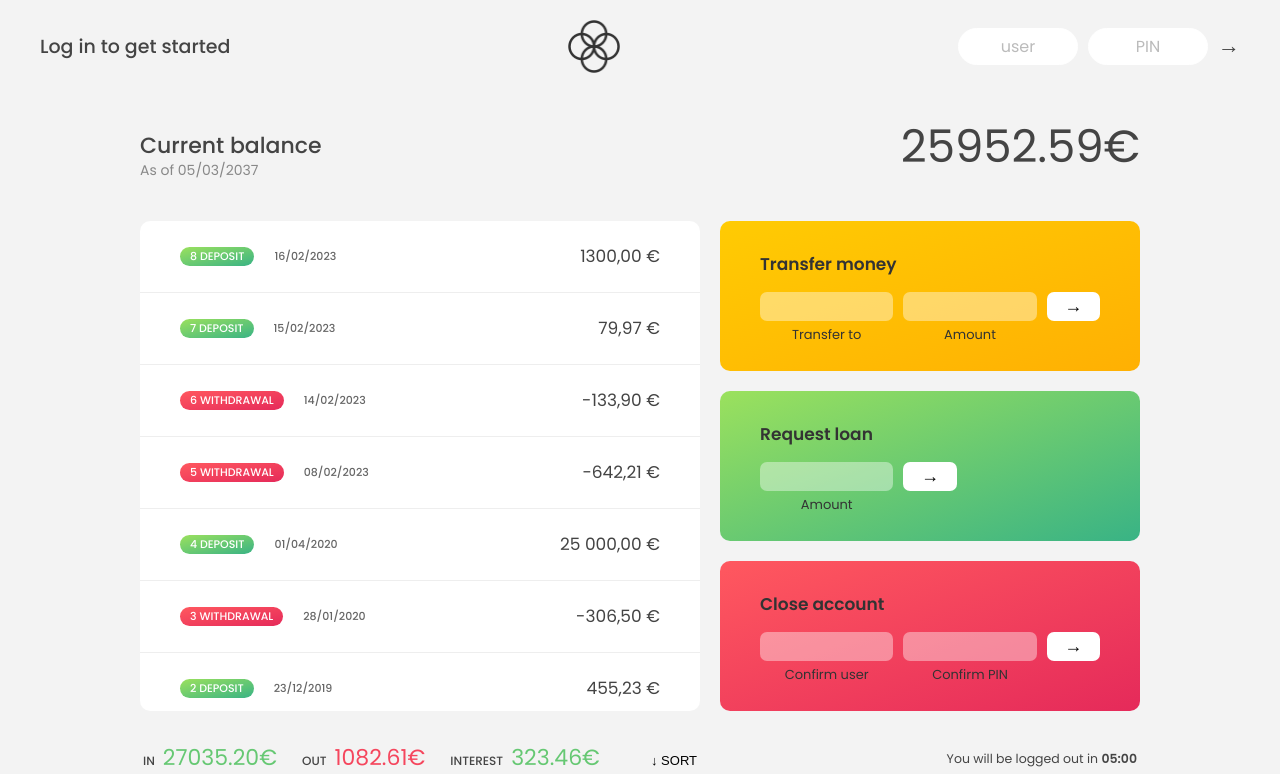
Repository: otvertka/jsc_12
Page: index.html
The author's editor kept a copy of each file at every save. The page is drawn from the files as they stood at one save, then again after the next save.
The browser window is 1280 px wide. The pictures show the whole page.
An inner scrolling area shows only its first screen.

Above is the page before, as saved 2023-02-17 14:28:41.

### index.html
<!DOCTYPE html>
<html lang="en">
  <head>
    <meta charset="UTF-8" />
    <meta name="viewport" content="width=device-width, initial-scale=1.0" />
    <meta http-equiv="X-UA-Compatible" content="ie=edge" />
    <link rel="shortcut icon" type="image/png" href="/icon.png" />

    <link
      href="https://fonts.googleapis.com/css?family=Poppins:400,500,600&display=swap"
      rel="stylesheet"
    />

    <link rel="stylesheet" href="style.css" />
    <title>Bankist</title>
  </head>
  <body>
    <!-- TOP NAVIGATION -->
    <nav>
      <p class="welcome">Log in to get started</p>
      <img src="logo.png" alt="Logo" class="logo" />
      <form class="login">
        <input
          type="text"
          placeholder="user"
          class="login__input login__input--user"
        />
        <!-- In practice, use type="password" -->
        <input
          type="text"
          placeholder="PIN"
          maxlength="4"
          class="login__input login__input--pin"
        />
        <button class="login__btn">&rarr;</button>
      </form>
    </nav>

    <main class="app">
      <!-- BALANCE -->
      <div class="balance">
        <div>
          <p class="balance__label">Current balance</p>
          <p class="balance__date">
            As of <span class="date">05/03/2037</span>
          </p>
        </div>
        <p class="balance__value">0000€</p>
      </div>

      <!-- MOVEMENTS -->
      <div class="movements">
        <div class="movements__row">
          <div class="movements__type movements__type--deposit">2 deposit</div>
          <div class="movements__date">3 days ago</div>
          <div class="movements__value">4 000€</div>
        </div>
        <div class="movements__row">
          <div class="movements__type movements__type--withdrawal">
            1 withdrawal
          </div>
          <div class="movements__date">24/01/2037</div>
          <div class="movements__value">-378€</div>
        </div>
      </div>

      <!-- SUMMARY -->
      <div class="summary">
        <p class="summary__label">In</p>
        <p class="summary__value summary__value--in">0000€</p>
        <p class="summary__label">Out</p>
        <p class="summary__value summary__value--out">0000€</p>
        <p class="summary__label">Interest</p>
        <p class="summary__value summary__value--interest">0000€</p>
        <button class="btn--sort">&downarrow; SORT</button>
      </div>

      <!-- OPERATION: TRANSFERS -->
      <div class="operation operation--transfer">
        <h2>Transfer money</h2>
        <form class="form form--transfer">
          <input type="text" class="form__input form__input--to" />
          <input type="number" class="form__input form__input--amount" />
          <button class="form__btn form__btn--transfer">&rarr;</button>
          <label class="form__label">Transfer to</label>
          <label class="form__label">Amount</label>
        </form>
      </div>

      <!-- OPERATION: LOAN -->
      <div class="operation operation--loan">
        <h2>Request loan</h2>
        <form class="form form--loan">
          <input type="number" class="form__input form__input--loan-amount" />
          <button class="form__btn form__btn--loan">&rarr;</button>
          <label class="form__label form__label--loan">Amount</label>
        </form>
      </div>

      <!-- OPERATION: CLOSE -->
      <div class="operation operation--close">
        <h2>Close account</h2>
        <form class="form form--close">
          <input type="text" class="form__input form__input--user" />
          <input
            type="password"
            maxlength="6"
            class="form__input form__input--pin"
          />
          <button class="form__btn form__btn--close">&rarr;</button>
          <label class="form__label">Confirm user</label>
          <label class="form__label">Confirm PIN</label>
        </form>
      </div>

      <!-- LOGOUT TIMER -->
      <p class="logout-timer">
        You will be logged out in <span class="timer">05:00</span>
      </p>
    </main>

    <!-- <footer>
      &copy; by Jonas Schmedtmann. Don't claim as your own :)
    </footer> -->

    <script src="script.js"></script>
  </body>
</html>

### script.js
'use strict';

/////////////////////////////////////////////////
/////////////////////////////////////////////////
// BANKIST APP

/////////////////////////////////////////////////
// Data

// DIFFERENT DATA! Contains movement dates, currency and locale

const account1 = {
  owner: 'Jonas Schmedtmann',
  movements: [200, 455.23, -306.5, 25000, -642.21, -133.9, 79.97, 1300],
  interestRate: 1.2, // %
  pin: 1111,

  movementsDates: [
    '2019-11-18T21:31:17.178Z',
    '2019-12-23T07:42:02.383Z',
    '2020-01-28T09:15:04.904Z',
    '2020-04-01T10:17:24.185Z',
    '2023-02-08T14:11:59.604Z',
    '2023-02-14T17:01:17.194Z',
    '2023-02-15T23:36:17.929Z',
    '2023-02-16T10:51:36.790Z',
  ],
  currency: 'EUR',
  locale: 'pt-PT', // de-DE
};

const account2 = {
  owner: 'Jessica Davis',
  movements: [5000, 3400, -150, -790, -3210, -1000, 8500, -30],
  interestRate: 1.5,
  pin: 2222,

  movementsDates: [
    '2019-11-01T13:15:33.035Z',
    '2019-11-30T09:48:16.867Z',
    '2019-12-25T06:04:23.907Z',
    '2020-01-25T14:18:46.235Z',
    '2020-02-05T16:33:06.386Z',
    '2020-04-10T14:43:26.374Z',
    '2020-06-25T18:49:59.371Z',
    '2020-07-26T12:01:20.894Z',
  ],
  currency: 'USD',
  locale: 'en-US',
};

const accounts = [account1, account2];

/////////////////////////////////////////////////
// Elements
const labelWelcome = document.querySelector('.welcome');
const labelDate = document.querySelector('.date');
const labelBalance = document.querySelector('.balance__value');
const labelSumIn = document.querySelector('.summary__value--in');
const labelSumOut = document.querySelector('.summary__value--out');
const labelSumInterest = document.querySelector('.summary__value--interest');
const labelTimer = document.querySelector('.timer');

const containerApp = document.querySelector('.app');
const containerMovements = document.querySelector('.movements');

const btnLogin = document.querySelector('.login__btn');
const btnTransfer = document.querySelector('.form__btn--transfer');
const btnLoan = document.querySelector('.form__btn--loan');
const btnClose = document.querySelector('.form__btn--close');
const btnSort = document.querySelector('.btn--sort');

const inputLoginUsername = document.querySelector('.login__input--user');
const inputLoginPin = document.querySelector('.login__input--pin');
const inputTransferTo = document.querySelector('.form__input--to');
const inputTransferAmount = document.querySelector('.form__input--amount');
const inputLoanAmount = document.querySelector('.form__input--loan-amount');
const inputCloseUsername = document.querySelector('.form__input--user');
const inputClosePin = document.querySelector('.form__input--pin');

/////////////////////////////////////////////////
// Functions
const formatMovementDate = function (date, locale) {
  const calcDaysPassed = (date1, date2) =>
    Math.round(Math.abs(date2 - date1) / (1000 * 60 * 60 * 24));

  const daysPassed = calcDaysPassed(new Date(), date);
  console.log(daysPassed);

  if (daysPassed === 0) return 'Today';
  if (daysPassed === 1) return 'Yesterday';
  if (daysPassed <= 7) return `${daysPassed} days ago`;

  // const now = new Date();
  // const day = `${date.getDate()}`.padStart(2, 0); // дата начинается с 01 (2 - колич. цифр, 0 - начало отсчёта)
  // const month = `${date.getMonth() + 1}`.padStart(2, 0); // месяц начинается с 01 (2 - колич. цифр, 0 - начало отсчёта)
  // const year = date.getFullYear();

  // return `${day}/${month}/${year}`;
  return new Intl.DateTimeFormat(locale).format(date);
};
// функция конверитрования валюты пользователя
const formatCur = function (value, locale, currency) {
  return new Intl.NumberFormat(locale, {
    style: 'currency',
    currency: currency,
  }).format(value);
};

const displayMovements = function (acc, sort = false) {
  containerMovements.innerHTML = '';

  const movs = sort
    ? acc.movements.slice().sort((a, b) => a - b)
    : acc.movements;

  movs.forEach(function (mov, i) {
    const type = mov > 0 ? 'deposit' : 'withdrawal';

    const date = new Date(acc.movementsDates[i]);
    const displayDate = formatMovementDate(date, acc.locale);

    const formattedMov = formatCur(mov, acc.locale, acc.currency);

    const html = `
      <div class="movements__row">
        <div class="movements__type movements__type--${type}">${
      i + 1
    } ${type}</div>
        <div class="movements__date">${displayDate}</div>
        <div class="movements__value">${formattedMov}</div>
      </div>
    `;

    containerMovements.insertAdjacentHTML('afterbegin', html);
  });
};

const calcDisplayBalance = function (acc) {
  acc.balance = acc.movements.reduce((acc, mov) => acc + mov, 0);

  const formattedMov = formatCur(acc.balance, acc.locale, acc.currency);

  labelBalance.textContent = `${acc.balance.toFixed(2)}€`;
};

const calcDisplaySummary = function (acc) {
  const incomes = acc.movements
    .filter(mov => mov > 0)
    .reduce((acc, mov) => acc + mov, 0);
  labelSumIn.textContent = `${incomes.toFixed(2)}€`;

  const out = acc.movements
    .filter(mov => mov < 0)
    .reduce((acc, mov) => acc + mov, 0);
  labelSumOut.textContent = `${Math.abs(out).toFixed(2)}€`;

  const interest = acc.movements
    .filter(mov => mov > 0)
    .map(deposit => (deposit * acc.interestRate) / 100)
    .filter((int, i, arr) => {
      // console.log(arr);
      return int >= 1;
    })
    .reduce((acc, int) => acc + int, 0);
  labelSumInterest.textContent = `${interest.toFixed(2)}€`;
};

const createUsernames = function (accs) {
  accs.forEach(function (acc) {
    acc.username = acc.owner
      .toLowerCase()
      .split(' ')
      .map(name => name[0])
      .join('');
  });
};
createUsernames(accounts);

const updateUI = function (acc) {
  // Display movements
  displayMovements(acc);

  // Display balance
  calcDisplayBalance(acc);

  // Display summary
  calcDisplaySummary(acc);
};

///////////////////////////////////////
// Event handlers
let currentAccount;

// FAKE ALWAYS LOGGED IN
currentAccount = account1;
updateUI(currentAccount);
containerApp.style.opacity = 100;

btnLogin.addEventListener('click', function (e) {
  // Prevent form from submitting
  e.preventDefault();

  currentAccount = accounts.find(
    acc => acc.username === inputLoginUsername.value
  );
  console.log(currentAccount);

  if (currentAccount?.pin === +inputLoginPin.value) {
    // Display UI and message
    labelWelcome.textContent = `Welcome back, ${
      currentAccount.owner.split(' ')[0]
    }`;
    containerApp.style.opacity = 100;

    // Create current date and time
    const now = new Date();
    const options = {
      hour: 'numeric',
      minute: 'numeric',
      day: 'numeric',
      month: 'numeric',
      year: 'numeric',
      // weekday: 'long',
    };
    // Experimenting API

    // const locale = navigator.language; // считывает язык браузера пользователя
    // console.log(locale);

    labelDate.textContent = new Intl.DateTimeFormat(
      currentAccount.locale,
      options
    ).format(now); // ПЕреводим в формат страны
    // const day = `${now.getDate()}`.padStart(2, 0); // дата начинается с 01 (2 - колич. цифр, 0 - начало отсчёта)
    // const month = `${now.getMonth() + 1}`.padStart(2, 0); // месяц начинается с 01 (2 - колич. цифр, 0 - начало отсчёта)
    // const year = now.getFullYear();
    // const hour = `${now.getHours()}`.padStart(2, 0);
    // const min = `${now.getMinutes()}`.padStart(2, 0);
    // labelDate.textContent = `${day}/${month}/${year}, ${hour}: ${min}`;
    // day/month/year

    // Clear input fields
    inputLoginUsername.value = inputLoginPin.value = '';
    inputLoginPin.blur();

    // Update UI
    updateUI(currentAccount);
  }
});

btnTransfer.addEventListener('click', function (e) {
  e.preventDefault();
  const amount = +inputTransferAmount.value;
  const receiverAcc = accounts.find(
    acc => acc.username === inputTransferTo.value
  );
  inputTransferAmount.value = inputTransferTo.value = '';

  if (
    amount > 0 &&
    receiverAcc &&
    currentAccount.balance >= amount &&
    receiverAcc?.username !== currentAccount.username
  ) {
    // Doing the transfer
    currentAccount.movements.push(-amount);
    receiverAcc.movements.push(amount);

    // Add transfer date
    currentAccount.movementsDates.push(new Date().toISOString()); // добавляем текущую дату в поле транзакций
    receiverAcc.movementsDates.push(new Date().toISOString()); // добавляем текущую дату в поле транзакций

    // Update UI
    updateUI(currentAccount);
  }
});

btnLoan.addEventListener('click', function (e) {
  e.preventDefault();

  const amount = Math.floor(inputLoanAmount.value);

  if (amount > 0 && currentAccount.movements.some(mov => mov >= amount * 0.1)) {
    // Add movement
    currentAccount.movements.push(amount);

    //  добавляем текущую дату в поле кредитов
    currentAccount.movementsDates.push(new Date().toISOString()); // добавляем текущую дату в поле транзакций

    // Update UI
    updateUI(currentAccount);
  }
  inputLoanAmount.value = '';
});

btnClose.addEventListener('click', function (e) {
  e.preventDefault();

  if (
    inputCloseUsername.value === currentAccount.username &&
    +inputClosePin.value === currentAccount.pin
  ) {
    const index = accounts.findIndex(
      acc => acc.username === currentAccount.username
    );
    console.log(index);
    // .indexOf(23)

    // Delete account
    accounts.splice(index, 1);

    // Hide UI
    containerApp.style.opacity = 0;
  }

  inputCloseUsername.value = inputClosePin.value = '';
});

let sorted = false;
btnSort.addEventListener('click', function (e) {
  e.preventDefault();
  displayMovements(currentAccount.movements, !sorted);
  sorted = !sorted;
});

/////////////////////////////////////////////////
/////////////////////////////////////////////////
// LECTURES #1 Converting and Checking Numbers

console.log(23 === 23.0); // true
// Base 10 - 0 to 9
// Binary base 2 - 0 1
console.log(0.1 + 0.2); // 0.30000000000000004
console.log(0.1 + 0.2 === 0.3); // false

console.log(Number('23')); // 23
console.log(+'23'); // 23

// Parsing   Метод Number.parseInt() разбирает строковый аргумент и возвращает целое число. Этот метод ведёт себя идентично глобальной функции parseInt() и является частью ECMAScript 6 (его целью является модуляризация глобальных сущностей).
console.log(Number.parseInt('30px')); //30
// Метод Number.parseFloat() разбирает строковый аргумент и возвращает число с плавающей запятой.
console.log(Number.parseInt(' 2.5rem')); // 2
console.log(Number.parseFloat(' 2.5rem')); // 2.5

// console.log(parseFloat(' 2.5rem')); // 2.5

// Метод Number.isNaN() определяет, является ли переданное значение NaN. Это более надёжная версия оригинальной глобальной функции isNaN().
// Проверка, на значение is NaN
console.log(Number.isNaN(20)); // false
console.log(Number.isNaN('20')); // false
console.log(Number.isNaN(+'20X')); // true
console.log(Number.isNaN(23 / 0)); // Infinity// false

// Метод Number.isFinite() определяет, является ли переданное значение конечным числом.
// Проверка, это число или нет
console.log(Number.isFinite(20)); // true
console.log(Number.isFinite('20')); // false , т.к. это строка
console.log(Number.isFinite(+'20X')); // false
console.log(Number.isFinite(23 / 0)); // false ,  т.к. это Infinity

// Метод Number.isInteger() определяет, является ли переданное значение целым числом.
console.log(Number.isInteger(23)); // true
console.log(Number.isInteger(23.0)); // true
console.log(Number.isInteger(23 / 0)); // Infinity// false

/// LECT Math and Rounding
console.log(Math.sqrt(25)); // 5
console.log(25 ** (1 / 2)); // 5
console.log(8 ** (1 / 3)); // 2  кубический корень из 8 = 2

console.log(Math.max(5, 18, 23, 11, 2)); // 23
console.log(Math.max(5, 18, '23', 11, 2)); // 23
console.log(Math.max(5, 18, '23px', 11, 2)); // NaN

console.log(Math.min(5, 18, 23, 11, 2)); // 2

console.log(Math.PI * Number.parseFloat('10px') ** 2); // 314.1592653589793 . Считаем площадь круга, радиусом 10px

console.log(Math.trunc(Math.random() * 6) + 1); // Сгенерировать произвольные числа от 1- 5
// Функция генерирования случайных чисел в диапазоне мин - макс
const randomInt = (min, max) =>
  Math.floor(Math.random() * (max - min) + 1) + min;
// 0...1 -> 0...(max - min) -> min... max
console.log(randomInt(-10, 20));

// Округление целых чисел
console.log(Math.trunc(23)); // 23

console.log(Math.round(23.3)); // 23
console.log(Math.round(23.9)); // 24

console.log(Math.ceil(23.3)); // 24
console.log(Math.ceil(23.9)); // 24

console.log(Math.floor(23.3)); // 23
console.log(Math.floor('23.9')); // 23

console.log(Math.trunc(-23.3)); // - 23
console.log(Math.floor(-23.3)); // -24

// Округление десятичных чисел
console.log((2.7).toFixed(0)); // 3 возвращает СТРОКУ 3
console.log((2.7).toFixed(3)); // 2.700 возвращает СТРОКУ 3
console.log((2.345).toFixed(2)); // 2.35 возвращает СТРОКУ
console.log(+(2.345).toFixed(2)); // 2.35 возвращает ЧИСЛО

// LECT The Remainder Operator. Остаток от деления
console.log(5 % 2); // 1
console.log(8 % 3); // 2

console.log(6 % 2); // 0

const isEven = n => n % 2 === 0;
console.log(isEven(8)); // true
console.log(isEven(23)); // false
console.log(isEven(514)); // true

labelBalance.addEventListener('click', function () {
  [...document.querySelectorAll('.movements__row')].forEach(function (row, i) {
    // 0 , 2, 4, 6
    if (i % 2 === 0) row.style.backgroundColor = ' orangered'; //
    // 0, 3, 6, 9
    if (i % 3 === 0) row.style.backgroundColor = ' blue';
  });
});

// LECT . Numeric Separators . числовые разделители
// 287,460,000,000
// const diametr = 287_460_000_000;
// console.log(diametr); // 287460000000

// const priceCents = 345_99;
// console.log(priceCents); // 34599

// const transferFee1 = 15_00;
// const transferFee2 = 1_500;

// const PI = 3.1415;
// console.log(PI); /// 3.1415

// console.log(Number('230_000')); // NaN
// console.log(parseInt('230_000')); // 230

// //  LECT . Working with BigInt. BigInt – это специальный числовой тип, который предоставляет возможность работать с целыми числами произвольной длины. Чтобы создать значение типа BigInt, необходимо добавить n в конец числового литерала или вызвать функцию BigInt, которая создаст число типа BigInt из переданного аргумента. Аргументом может быть число, строка и др.
// console.log(2 ** 53 - 1); // 9007199254740991
// console.log(Number.MAX_SAFE_INTEGER); // 9007199254740991
// console.log(2 ** 53 + 1); // 9007199254740992
// console.log(2 ** 53 + 2); // 9007199254740994
// console.log(2 ** 53 + 3); // 9007199254740996
// console.log(2 ** 53 + 4); // 9007199254740996

// console.log(4932423432434234234234234234324234234234n);
// console.log(BigInt(49324));

// // Operations
// console.log(10000n + 10000n); // 20000n
// console.log(365435435345345435345345345435345n * 10000000n); // 3654354353453454353453453454353450000000n

// // const huge = 20289830233434343434n;
// // // const num = 23;
// // // console.log(huge * num); // Ошибка. т.к. нельзя смешивать BigInt  другими типами
// // console.log(huge * BigInt(num)); // После конвертации будет работать 466666095368989898982n

// // Исключения
// console.log(20n > 15); // true
// console.log(20n === 20); // false , т.к. разные типы
// console.log(typeof 20n); // bigint
// console.log(20n == '20'); // true

// //
// console.log(huge + ' is REALLY big !! ');

// // Divisions.
// console.log(11n / 3n); // 3n
// console.log(10 / 3); // 3.3333333333333335

// LECT Creating Dates
// Create a date
// const now = new Date();
// console.log(now);

// console.log(new Date('Thu Feb 16 2023 15:12:06'));
// console.log(new Date('December 24, 2015'));
// console.log(new Date(account1.movementsDates[0]));

// console.log(new Date(2037, 10, 19, 15, 23, 5));
// console.log(new Date(2037, 10, 31)); // Tue Dec 01 , а не ноябрь

// console.log(new Date(0)); // Thu Jan 01 1970 03:00:00
// console.log(new Date(3 * 24 * 60 * 60 * 1000)); // Sun Jan 04 1970 03:00:00

// Working with Dates
// const future = new Date(2037, 10, 19, 15, 23, 5);
// console.log(future);
// console.log(future.getFullYear()); // 2037
// console.log(future.getMonth()); // 10
// console.log(future.getDay()); // 4
// console.log(future.getHours()); // 15
// console.log(future.getMinutes()); // 23
// console.log(future.getSeconds()); // 5
// console.log(future.toISOString()); // 2037-11-19T13:23:05.000Z
// console.log(future.getTime());

// console.log(new Date(2142249785000)); // Thu Nov 19 2037 15:23:05 GMT+0200 (Восточная Европа, стандартное время)

// console.log(Date.now()); // 1676554023559

// future.setFullYear(2040);
// console.log(future); // Mon Nov 19 2040 15:23:05 GMT+0200 (Восточная Европа, стандартное время)

// LECT Operations With Dates
const future = new Date(2037, 10, 19, 15, 23, 5);
console.log(+future);

const cacDaysPassed = (date1, date2) =>
  Math.abs(date2 - date1) / (1000 * 60 * 60 * 24);

const days1 = cacDaysPassed(new Date(2037, 3, 4), new Date(2037, 3, 14));
console.log(days1);

// LECT Internationalizing Numbers (Intl)
const num = 38847423.23;
const options = {
  style: 'currency',
  unit: 'celsius',
  currency: 'EUR',
  // useGrouping: false, // убирает разделители в цифре
};
console.log('US:     ', new Intl.NumberFormat('en-US', options).format(num)); // US:      38,847,423.23
console.log(
  'Germany:     ',
  new Intl.NumberFormat('de-DE', options).format(num)
); //  Germany:      38.847.423,23
console.log('Syria:     ', new Intl.NumberFormat('ar-SY', options).format(num)); //  Syria:      ٣٨٬٨٤٧٬٤٢٣٫٢٣
console.log(
  navigator.language,
  new Intl.NumberFormat(navigator.language).format(num)
); // ru 38 847 423,23

Loaded but not shown: style.css (297 lines, source omitted)

After the next save:
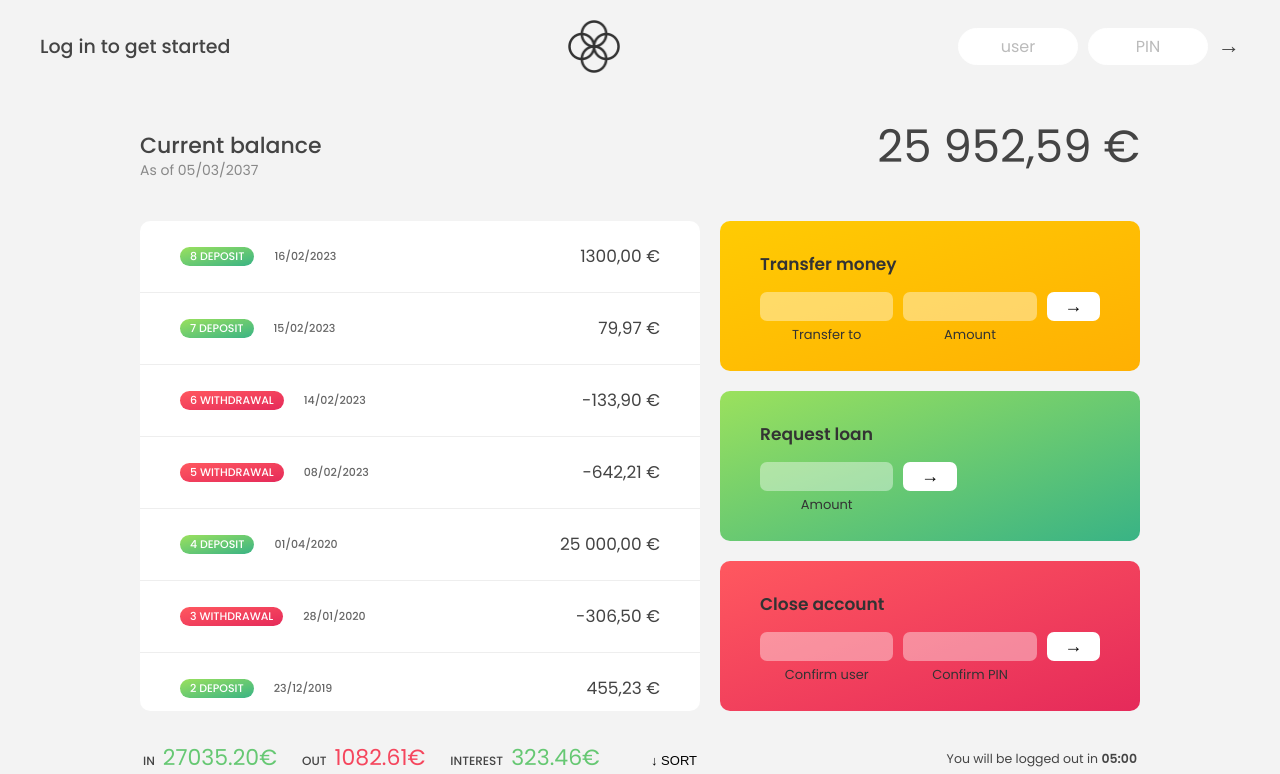
Saved 39 s later.
--- a/script.js
+++ b/script.js
@@ -139,9 +139,7 @@ const displayMovements = function (acc, sort = false) {
 const calcDisplayBalance = function (acc) {
   acc.balance = acc.movements.reduce((acc, mov) => acc + mov, 0);
 
-  const formattedMov = formatCur(acc.balance, acc.locale, acc.currency);
-
-  labelBalance.textContent = `${acc.balance.toFixed(2)}€`;
+  labelBalance.textContent = formatCur(acc.balance, acc.locale, acc.currency);
 };
 
 const calcDisplaySummary = function (acc) {
